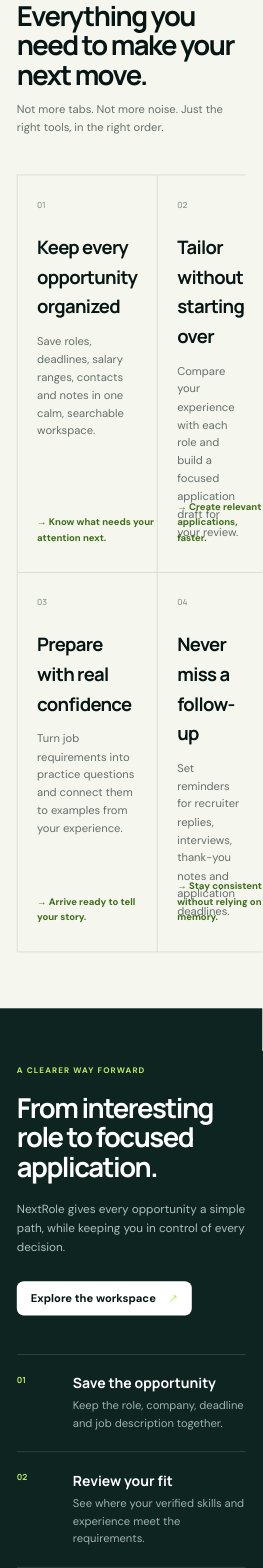
Repository: Lovethrech/NextRole-Nuxt-Portfolio
Page: /
These files come from the project's save history. The page is drawn as it stood at one moment and after the next save; the edit follows.
The browser window is 375 px wide. The pictures show the part of the page from y = 2129 to 4369 px (the page is 7501 px tall before and 7604 px after), at 70% of full size.
The project was rebuilt for these pictures with package versions that can differ from the ones it lists, and the page was loaded fresh each time. The framework's server and built-in components were replaced by stand-ins that run in the browser. Also part of the build but not shown: nuxt.config.js.

Above is the page before, as saved 2026-09-12 17:21:55.

After the next save:
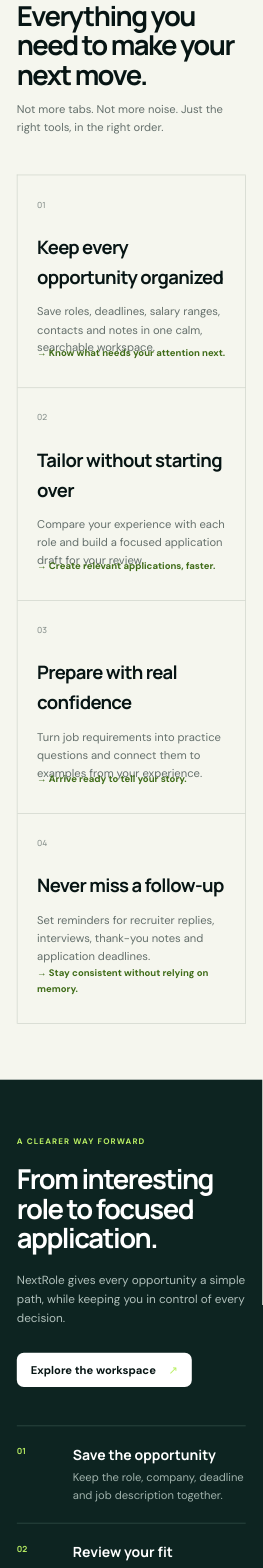
Saved 5 s later.
--- a/assets/css/main.css
+++ b/assets/css/main.css
@@ -622,6 +622,8 @@
     }
     .problem-grid h2,.section-heading h2,.how-copy h2,.control-copy h2,.faq h2,.final-cta h2{font-size:2.45rem;
     }
+    .benefit-grid{grid-template-columns:1fr;
+    }
     .benefit-card{padding:28px;min-height:300px;
     }
     .how-grid{gap:55px;
